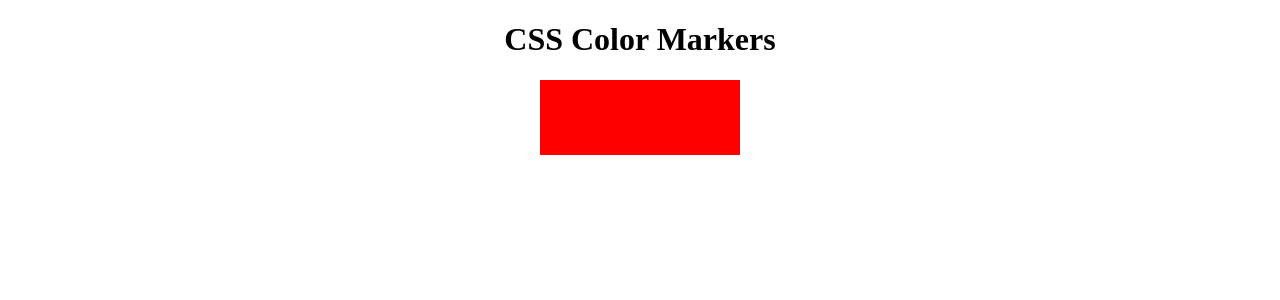
Repository: AimenDje/ColoredMarkers
Page: index.html
The author's editor kept a copy of each file at every save. The page is drawn from the files as they stood at one save, then again after the next save.
The browser window is 1280 px wide. The pictures show the whole page.

Above is the page before, as saved 2025-05-08 00:56:22.

### index.html
<!DOCTYPE html>
<html lang="en">
    <head>
        <meta charset="utf-8">
        <meta name="viewport" content="width=device-width, initial-scale=1.0">
        <link rel="stylesheet" href="styles.css">
        <title>Colored Markers</title>
    </head>
    <body>
        <h1>CSS Color Markers</h1>
        <div class="container">
            <div class="marker">
            </div>
            <div class="marker">
            </div>
            <div class="marker">
            </div>
        </div>
      </body>
</html>

### styles.css
h1 {
    text-align:center;
}

.marker {
    width: 200px;
    height: 25px;
    background-color: red;
    margin:auto;
  }

After the next save:
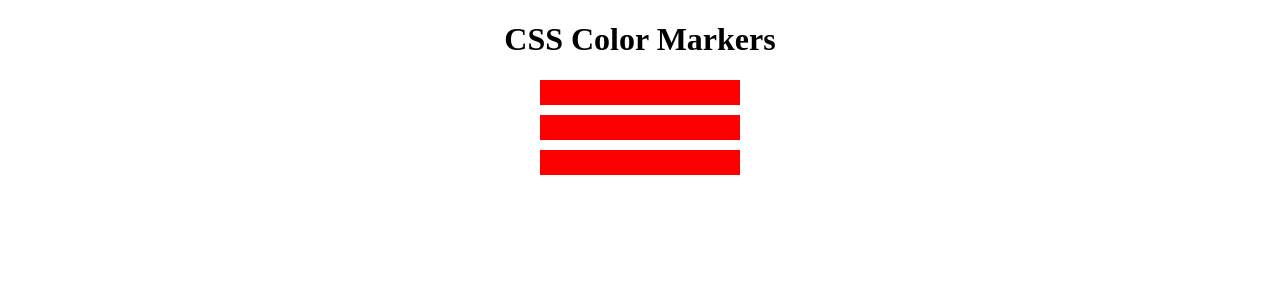
Saved 110 s later.
--- a/styles.css
+++ b/styles.css
@@ -6,5 +6,5 @@ h1 {
     width: 200px;
     height: 25px;
     background-color: red;
-    margin:auto;
+    margin: 10px auto;
   }
